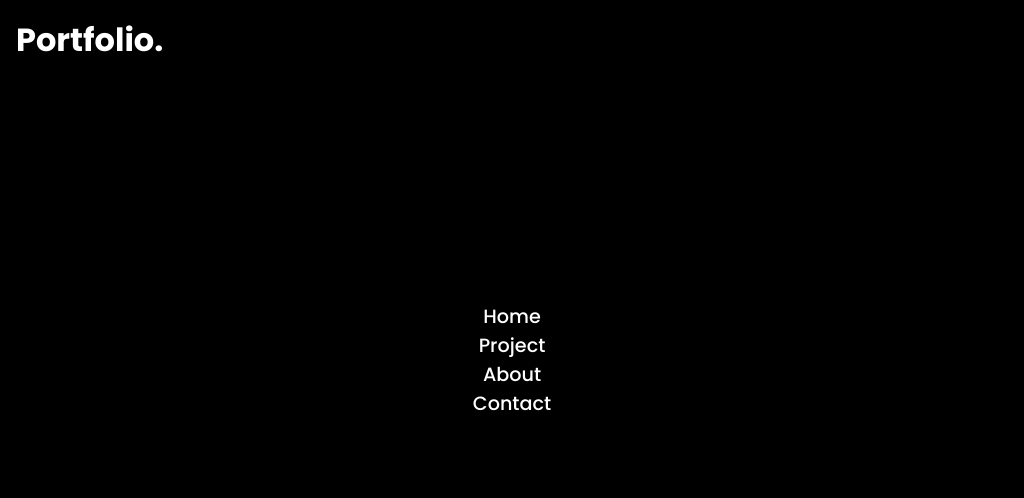
Repository: parisha-b3/My_Portfolio
Page: /
These files come from the project's save history. The page is drawn as it stood at one moment and after a run of saves; the edit follows.
The browser window is 1024 px wide. The pictures show the whole page.
The project was rebuilt for these pictures with package versions that can differ from the ones it lists, and the page was loaded fresh each time. Also part of the build but not shown: src/routes/About.js, src/routes/Project.js, src/routes/Contact.js.

Above is the page before, as saved 2024-10-14 12:10:52.

After the next 4 saves:
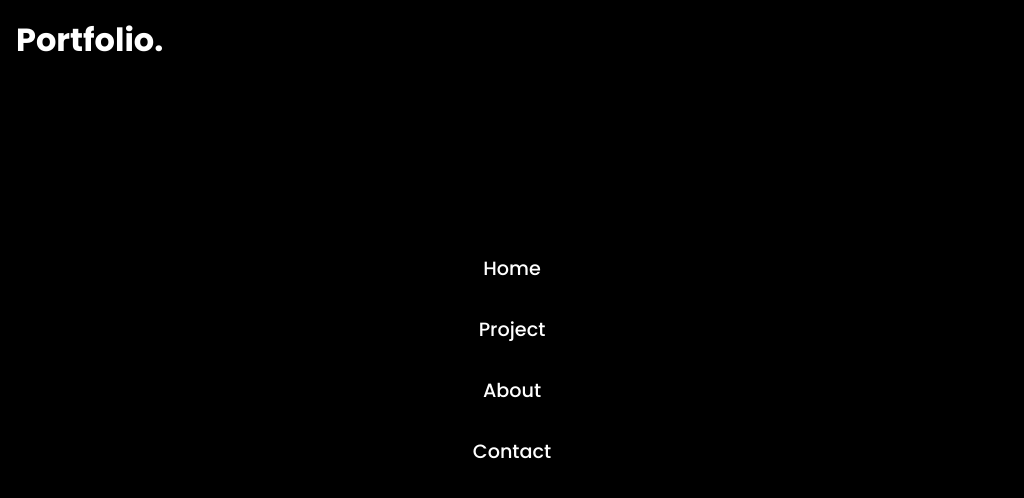
The 4 saves are shown as one change because they came seconds apart.
The last was saved 34 s later.
--- a/src/components/NavbarStyles.css
+++ b/src/components/NavbarStyles.css
@@ -27,5 +27,8 @@
         left: 0;
         z-index: -3;
     }
+    .nav-menu li{
+        padding: 1rem 0;
+    }
 
 }
